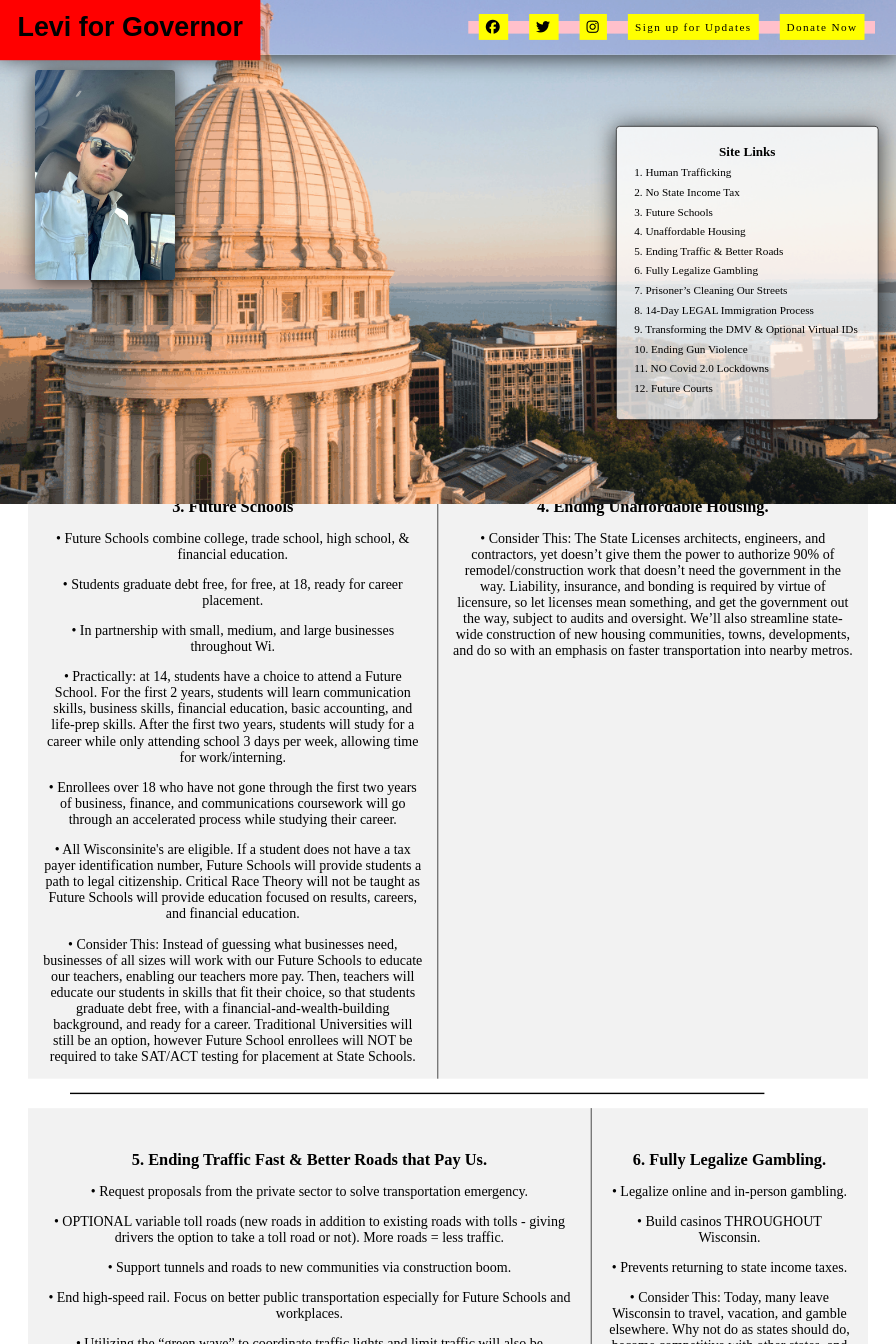
Repository: LeviCB/LeviCB.github.io
Page: index.html
The author's editor kept a record of every edit. The page is drawn from the files as they stood at one moment, then again after the next edit.
The browser window is 1280 px wide. The pictures show the part of the page from y = 0 to 1920 px (the page is 3981 px tall), at 70% of full size.
Some web fonts or font styles are not loaded; a fallback is used. Some web libraries are served in a nearby version.

Above is the page before.
Console error: SyntaxError: Identifier 'head' has already been declared

After the next edit:
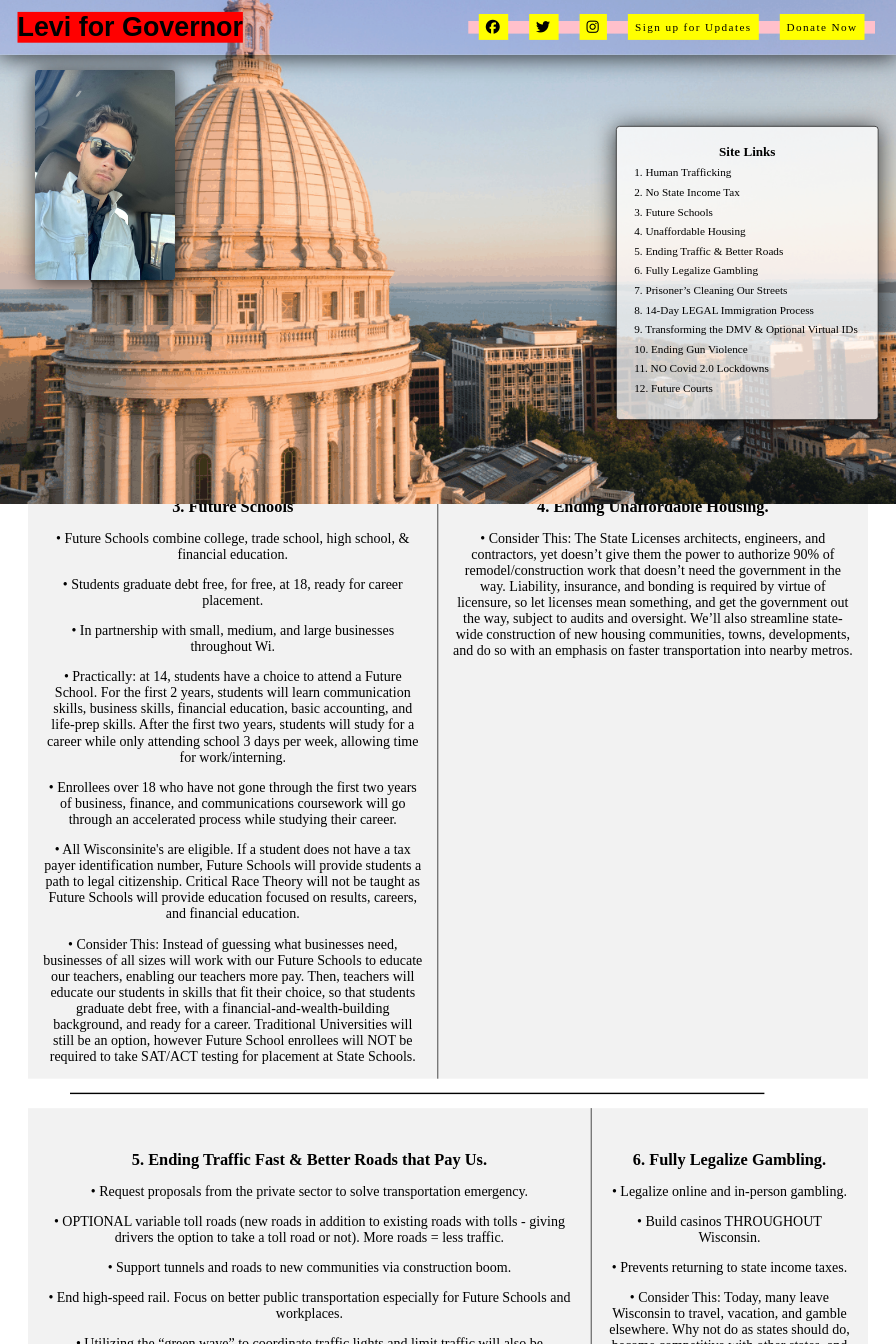
The edit:
--- a/assets/css/style.css
+++ b/assets/css/style.css
@@ -142,7 +142,7 @@
 header .logo {
   background-color: red;
   position: relative;
-  padding: 25px;
+  margin: 25px;
   font-size: 3vw;
   color: black;
   text-decoration: none;
